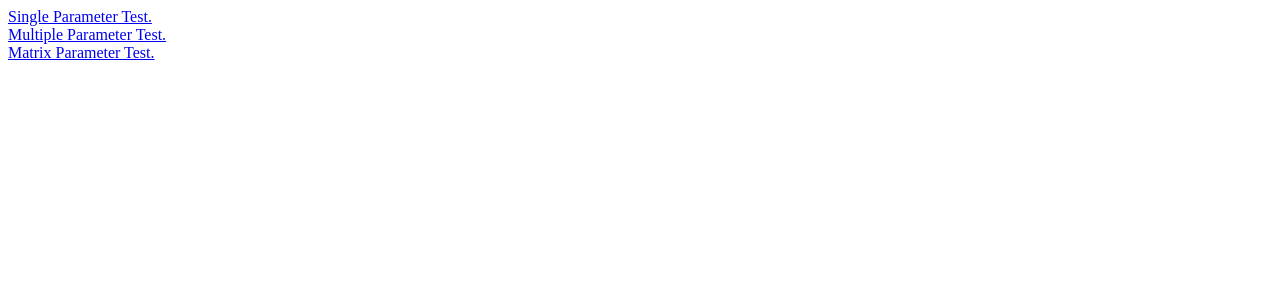
Repository: 563728/JAX-rest
Page: http://localhost/JavaRestPath003/
These files come from the project's save history. The page is drawn as it stood at one moment and after the next save; the edit follows.
The browser window is 1280 px wide. The pictures show the whole page.
The page is served by Tomcat 9. Other server files are loaded and not shown.

Above is the page before, as saved 2018-05-16 06:29:02.

### JavaRestPath003/WebContent/index.jsp
<!DOCTYPE HTML PUBLIC "-//W3C//DTD HTML 4.01 Transitional//EN">
<html>
  <head>
    <title>WS Test</title>
  </head>

  <body>
   <a href="rest/jax/003">Single Parameter Test.
   </a>
   <br/>
   <a href="rest/jax/adhi/Param/1st/003">Multiple Parameter Test.
   </a>
    <br/>
  <!--  <a href="rest/jax/adhi;class=Param;rollNo=1st;id=003">Matrix Parameter Test. -->
  <a href="rest/jax/adhi;class=param">Matrix Parameter Test.
   </a>
  </body>
</html>

After the next save:
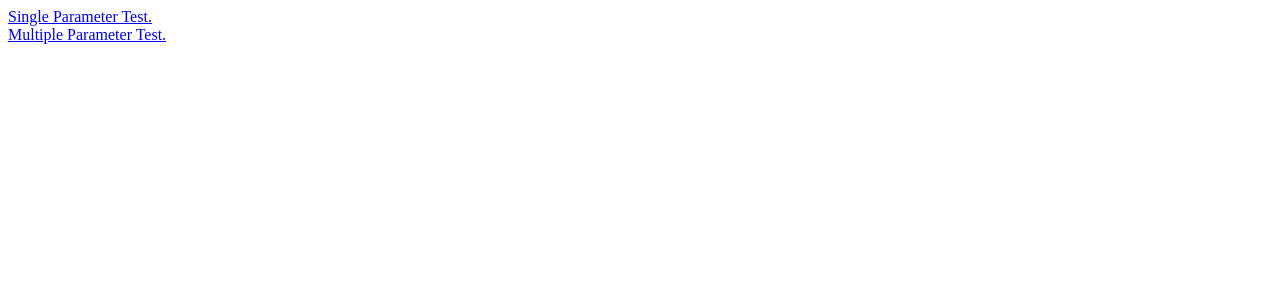
Saved 16 s later.
--- a/JavaRestPath003/WebContent/index.jsp
+++ b/JavaRestPath003/WebContent/index.jsp
@@ -12,7 +12,7 @@
    </a>
     <br/>
   <!--  <a href="rest/jax/adhi;class=Param;rollNo=1st;id=003">Matrix Parameter Test. -->
-  <a href="rest/jax/adhi;class=param">Matrix Parameter Test.
-   </a>
+<!--   <a href="rest/jax/adhi;class=param">Matrix Parameter Test.
+ -->   </a>
   </body>
 </html>

After the 2 saves that followed:
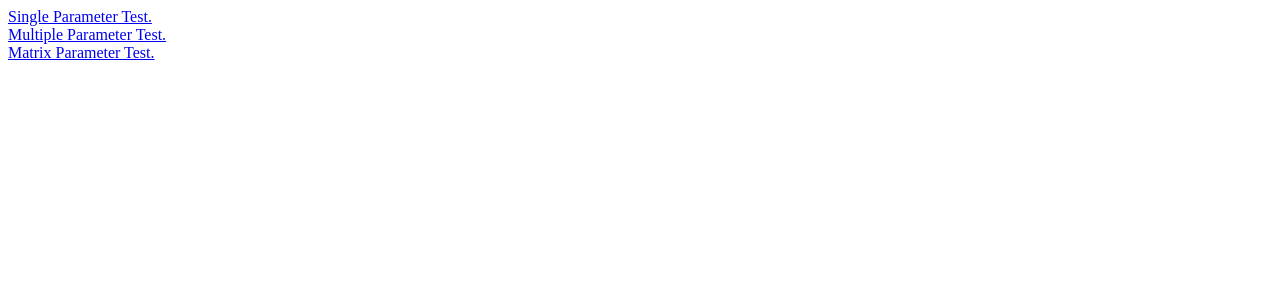
The 2 saves are shown as one change because 1 left the picture as it was.
The last was saved 13 s later.
--- a/JavaRestPath003/WebContent/index.jsp
+++ b/JavaRestPath003/WebContent/index.jsp
@@ -11,8 +11,8 @@
    <a href="rest/jax/adhi/Param/1st/003">Multiple Parameter Test.
    </a>
     <br/>
-  <!--  <a href="rest/jax/adhi;class=Param;rollNo=1st;id=003">Matrix Parameter Test. -->
-<!--   <a href="rest/jax/adhi;class=param">Matrix Parameter Test.
- -->   </a>
+   <a href="rest/jax/adhi;class=Param;rollNo=1st;id=003">Matrix Parameter Test.
+  <!-- <a href="rest/jax/adhi;class=param">Matrix Parameter Test. -->
+   </a>
   </body>
 </html>
